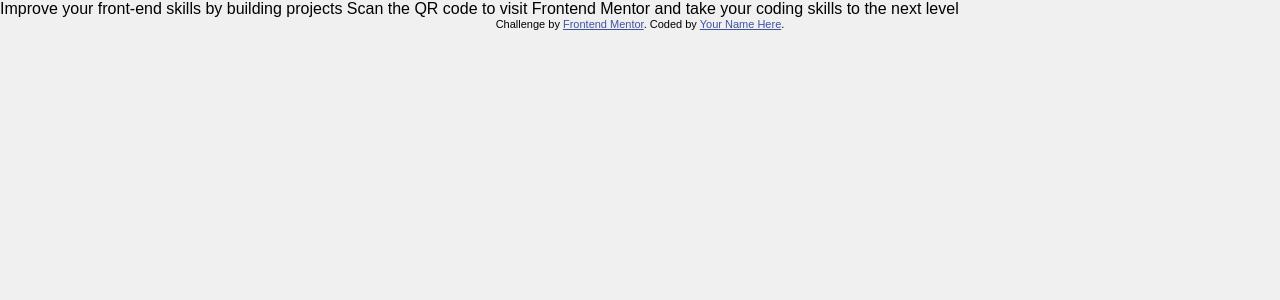
Repository: AdamMam4/QrCodeComponent
Page: qr-code-component-main/index.html
The author's editor kept a copy of each file at every save. The page is drawn from the files as they stood at one save, then again after the next save.
The browser window is 1280 px wide. The pictures show the whole page.

Above is the page before, as saved 2024-09-06 23:46:47.

### qr-code-component-main/index.html
<!DOCTYPE html>
<html lang="en">
<head>
  <meta charset="UTF-8">
  <meta name="viewport" content="width=device-width, initial-scale=1.0"> <!-- displays site properly based on user's device -->

  <link rel="icon" type="image/png" sizes="32x32" href="./images/favicon-32x32.png">
  <link rel="stylesheet" href="styles.css">
  <title>Frontend Mentor | QR code component</title>

  <!-- Feel free to remove these styles or customise in your own stylesheet 👍 -->
  <style>
    .attribution { font-size: 11px; text-align: center; }
    .attribution a { color: hsl(228, 45%, 44%); }
  </style>
</head>
<body>

  Improve your front-end skills by building projects

  Scan the QR code to visit Frontend Mentor and take your coding skills to the next level

  <div class="attribution">
    Challenge by <a href="https://www.frontendmentor.io?ref=challenge" target="_blank">Frontend Mentor</a>.
    Coded by <a href="#">Your Name Here</a>.
  </div>
</body>
</html>

### qr-code-component-main/styles.css
body {
    font-family: Arial, sans-serif;
    margin: 0;
    padding: 0;
    background-color: #f0f0f0;
}

After the next save:
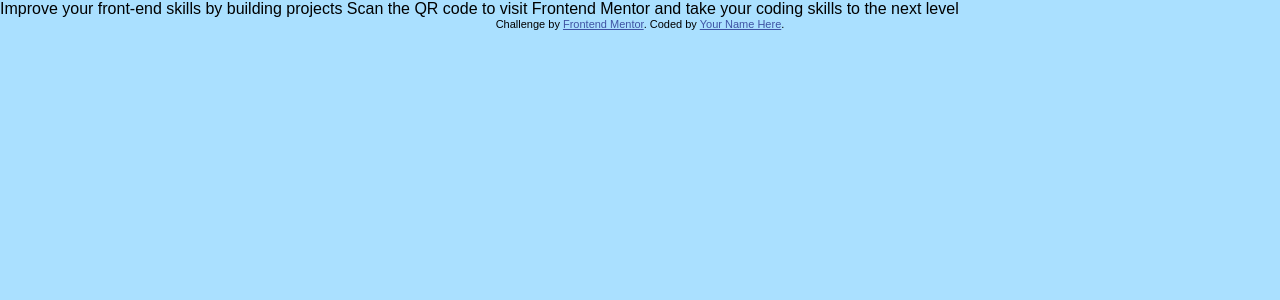
Saved 12 s later.
--- a/qr-code-component-main/styles.css
+++ b/qr-code-component-main/styles.css
@@ -2,5 +2,5 @@
     font-family: Arial, sans-serif;
     margin: 0;
     padding: 0;
-    background-color: #f0f0f0;
+    background-color: #aae0ff;
 }
